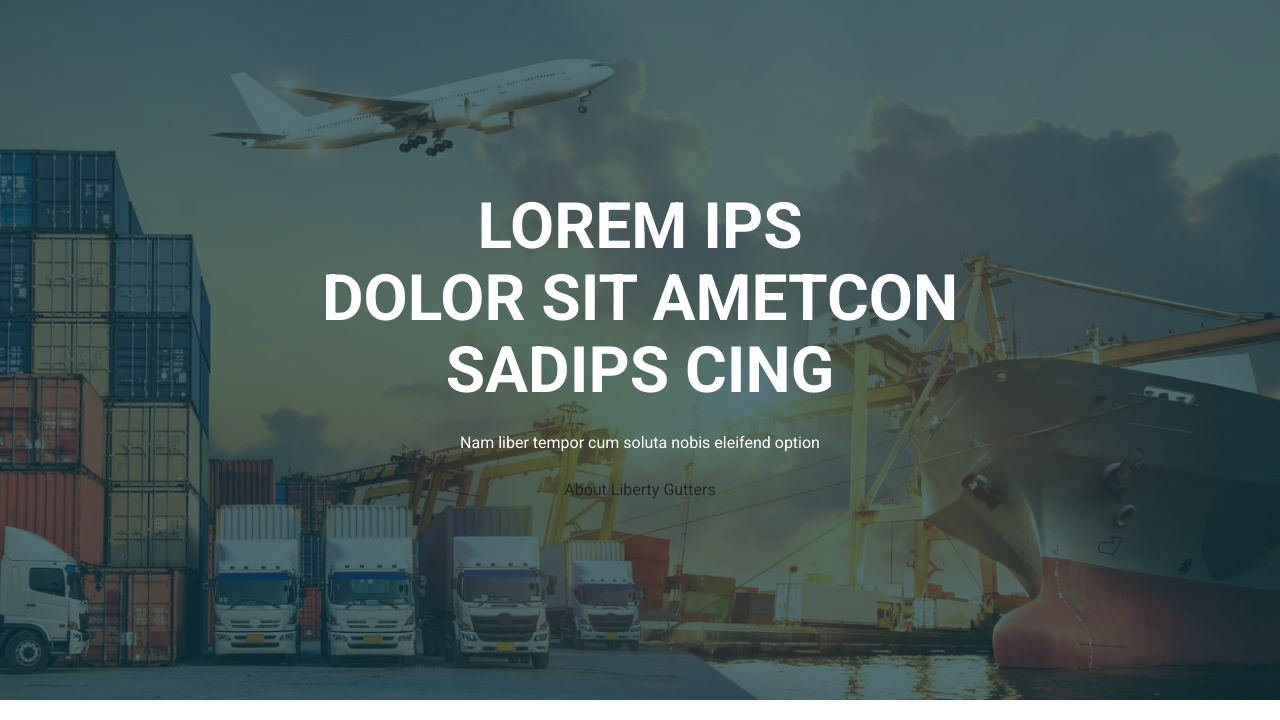
Repository: nazmulalok/shipping-template
Page: index.html
The author's editor kept a copy of each file at every save. The page is drawn from the files as they stood at one save, then again after the next save.
The browser window is 1280 px wide. The pictures show the whole page.

Above is the page before, as saved 2022-10-03 01:24:14.

### index.html
<!DOCTYPE html>
<html lang="en">

    <head>
        <meta charset="UTF-8">
        <meta http-equiv="X-UA-Compatible" content="IE=edge">
        <meta name="viewport" content="width=device-width, initial-scale=1.0">
        <link rel="preconnect" href="https://fonts.googleapis.com">
        <link rel="preconnect" href="https://fonts.gstatic.com" crossorigin>
        <link
            href="https://fonts.googleapis.com/css2?family=Roboto:ital,wght@0,300;0,400;0,500;0,700;0,900;1,300;1,400;1,500;1,700;1,900&display=swap"
            rel="stylesheet">
        <link href="https://cdn.jsdelivr.net/npm/bootstrap@5.2.1/dist/css/bootstrap.min.css" rel="stylesheet"
            integrity="sha384-iYQeCzEYFbKjA/T2uDLTpkwGzCiq6soy8tYaI1GyVh/UjpbCx/TYkiZhlZB6+fzT" crossorigin="anonymous">
        <link rel="stylesheet" href="style.css">
        <title>Document</title>
    </head>

    <body>
        <!-- Slider -->
        <section>
            <div class="main-slider">
                <div class="container">
                    <div class="slide-content">
                        <div class="slide-text">
                            <div class="slider-title mb-4">Lorem ips<br>
                                dolor sit ametcon<br>
                                sadips cing</div>
                            <p>Nam liber tempor cum soluta nobis eleifend option</p>
                            <div class="sliderBtn"><a class="btn common-btn dark" href="/about-us">About Liberty
                                    Gutters<span></span></a></div>
                        </div>
                    </div>
                </div>
            </div>
        </section>












        <script src="https://cdn.jsdelivr.net/npm/@popperjs/core@2.11.6/dist/umd/popper.min.js"
            integrity="sha384-oBqDVmMz9ATKxIep9tiCxS/Z9fNfEXiDAYTujMAeBAsjFuCZSmKbSSUnQlmh/jp3"
            crossorigin="anonymous"></script>
        <script src="https://cdn.jsdelivr.net/npm/bootstrap@5.2.1/dist/js/bootstrap.min.js"
            integrity="sha384-7VPbUDkoPSGFnVtYi0QogXtr74QeVeeIs99Qfg5YCF+TidwNdjvaKZX19NZ/e6oz"
            crossorigin="anonymous"></script>
    </body>

</html>

### style.css
* {
    margin: 0;
    padding: 0;
}

:root {
    --main-color: #FF7D44;
    --secondary-color: #0B3742;
    --tertiary-color: #FFFFFF;
}

body {
    font-family: 'Roboto', sans-serif;
}

/* slider style starts */

.main-slider>* {
    z-index: 10;
}

.main-slider {
    background: url(images/shipping-banner.jpg);
    height: 700px;
    width: 100%;
    background-size: cover;
    background-repeat: no-repeat;
    background-position: center;
    position: relative;
    display: flex;
    align-items: center;
}

.main-slider:before {
    content: '';
    width: 100%;
    height: 100%;
    top: 0;
    left: 0;
    position: absolute;
    background-color: rgb(11 55 66 / 70%);
    z-index: 1;
}

.slide-content {
    text-align: center;
}

.slide-text {
    color: var(--tertiary-color);
}

.slider-title {
    font-size: 4rem;
    font-weight: 600;
    line-height: 4.5rem;
    text-transform: uppercase;
}

After the next save:
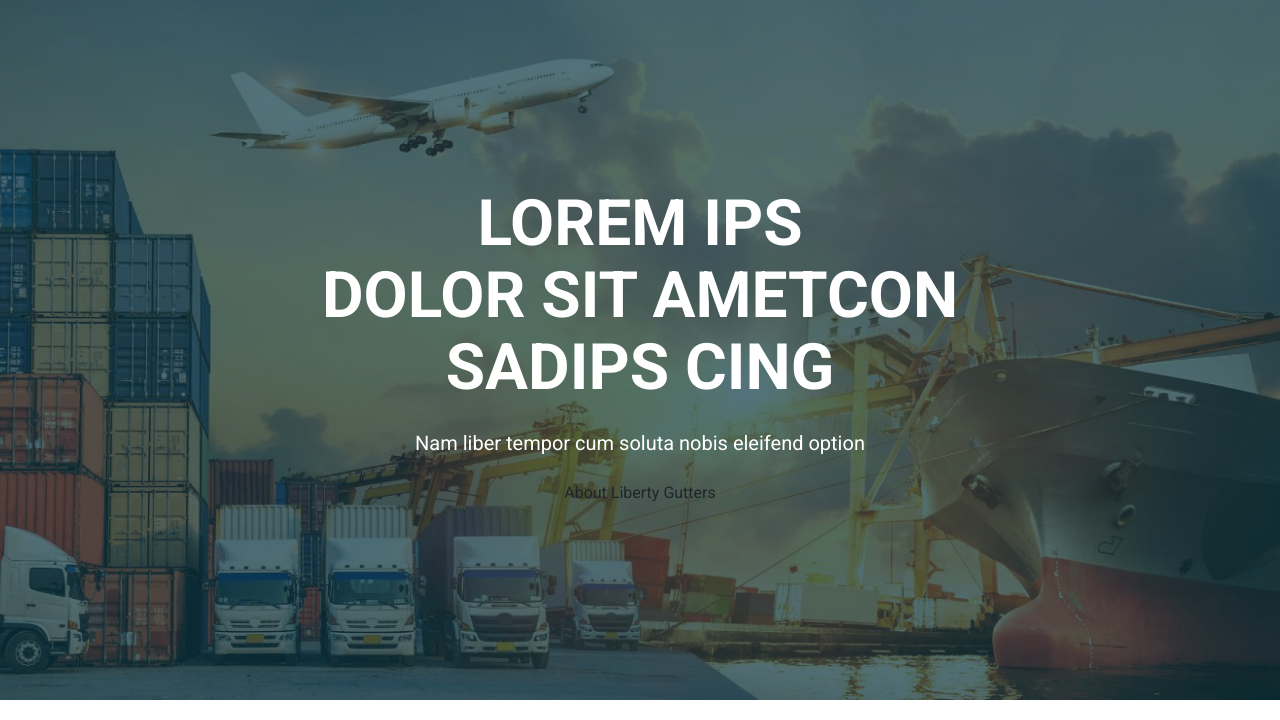
Saved 88 s later.
--- a/style.css
+++ b/style.css
@@ -56,3 +56,7 @@ body {
     line-height: 4.5rem;
     text-transform: uppercase;
 }
+
+.slide-text p {
+    font-size: 20px;
+}
